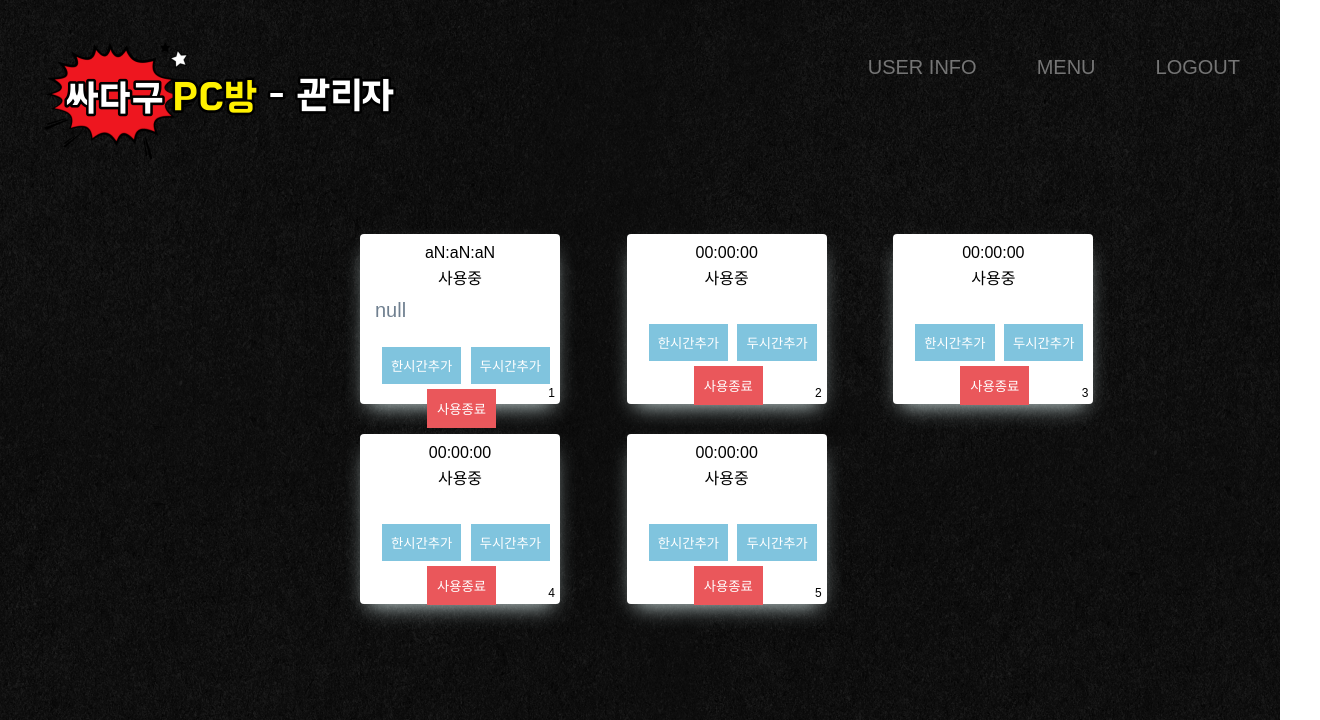
Repository: lkwoung/webProject-assignment
Page: http://localhost/CheapPC/seat/userSeat_Admin.jsp
The author's editor kept a copy of each file at every save. The page is drawn from the files as they stood at one save, then again after the next save.
The browser window is 1280 px wide. The page is 1320 px wide, so the pictures cover 1320 px, including what lies to the right of the window. The pictures show the whole page.
Some web fonts or font styles are not loaded; a fallback is used. The page is served by Tomcat 9. Queries for data that is not in the repository find no rows.

Above is the page before, as saved 2020-12-17 15:16:10.

After the next save:
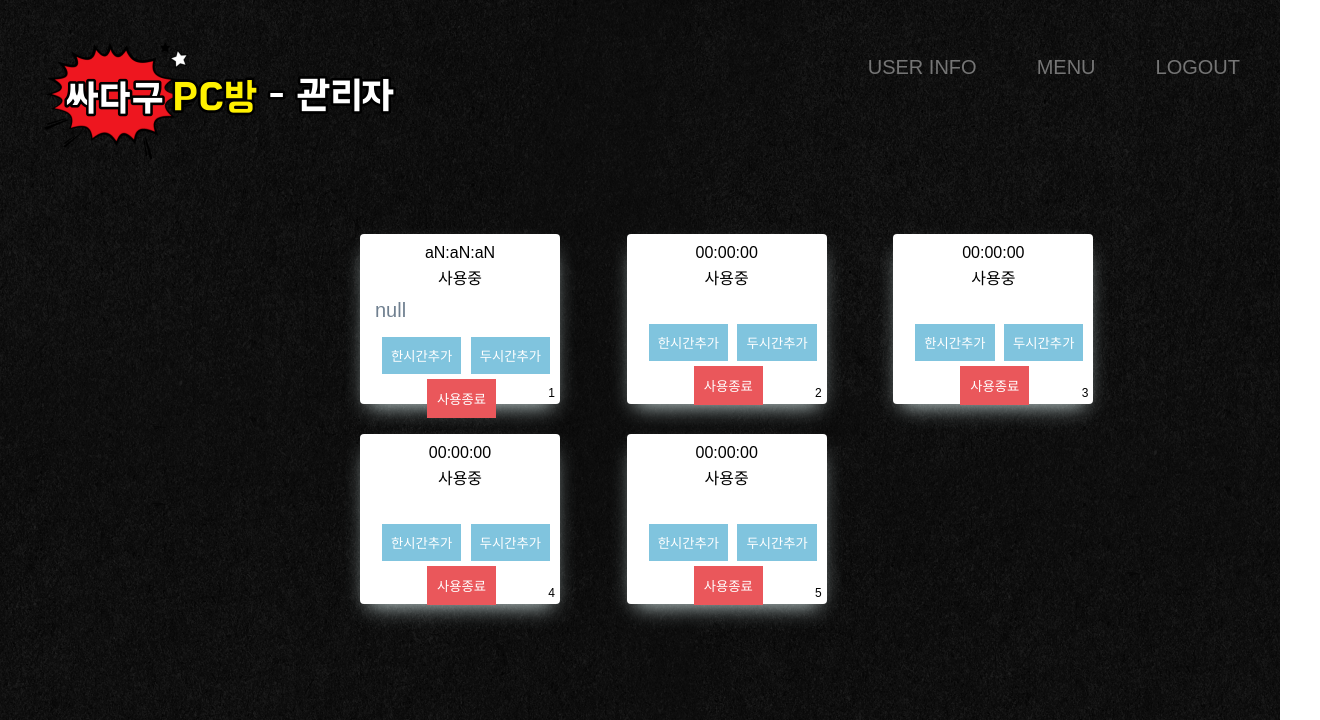
Saved 75 min 38 s later.
--- a/CheapPC/WebContent/seat/userSeat_Admin.jsp
+++ b/CheapPC/WebContent/seat/userSeat_Admin.jsp
@@ -49,7 +49,7 @@
           <div class="layer">
          <div class="0" style="text-align:center;padding-top:10px;">00:00:00</div>
          <div id="0-state" style="text-align:center;padding-top:3px;padding-bottom:10px;">사용중</div>
-         <div id="0-user" style="padding-left:15px; font-size:20px; color:#708090; padding-bottom:20px;"> </div>
+         <div id="0-user" style="padding-left:15px; font-size:20px; color:#708090; padding-bottom:10px;"> </div>
          <div class="0buttons" style="top:20%; padding-left:17px; ">
          <input type="button" style="background:#80C4DE; margin:5px;color:#fff;border:none; font-family:'Hanna', sans-serif;padding:9px;"onclick="fncAddTime(0,3600, 1);" value="한시간추가"/>
          <input type="button" style="background:#80C4DE; color:#fff;border:none; font-family:'Hanna', sans-serif;padding:9px;"onclick="fncAddTime(0,7200, 1);" value="두시간추가"/>
